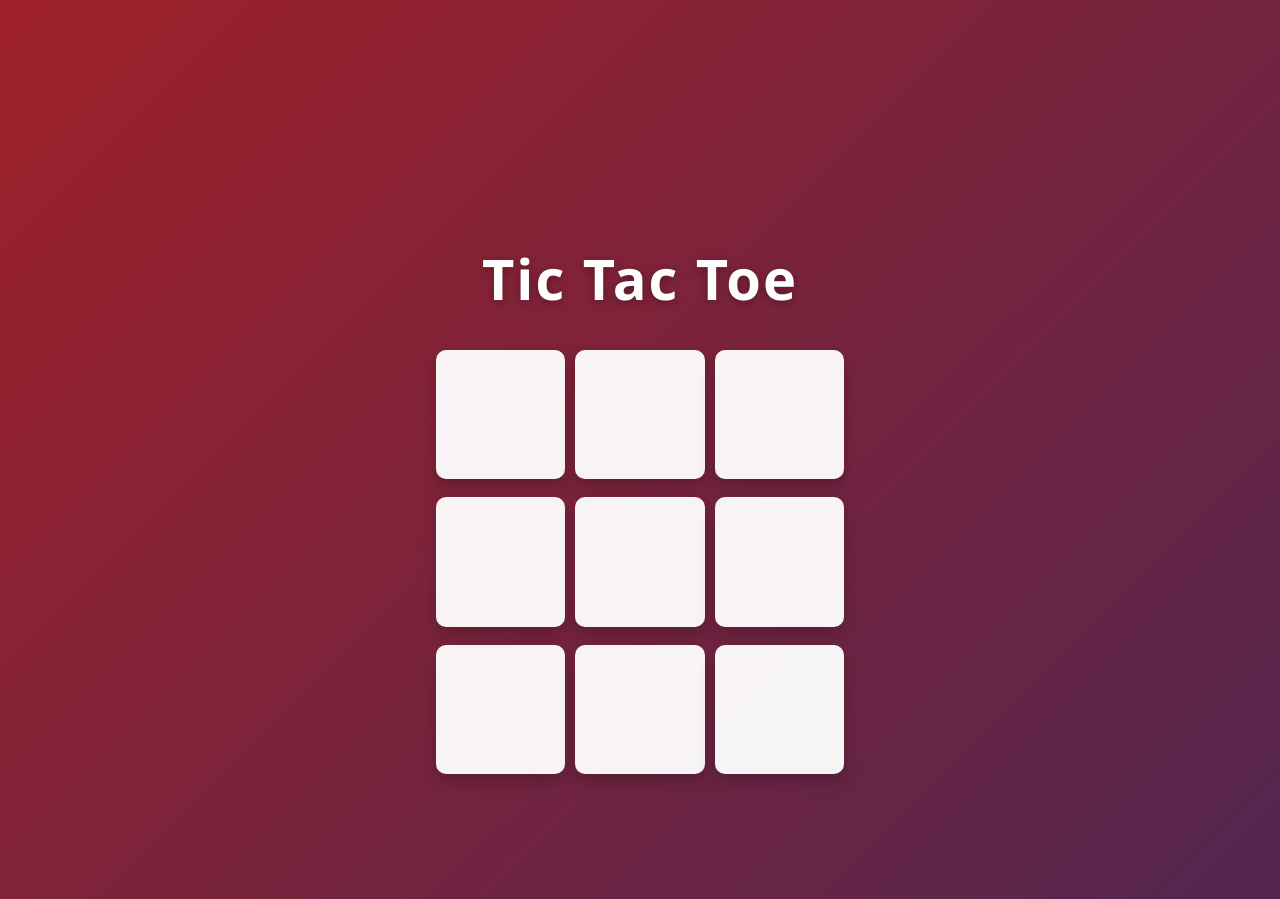
Repository: AreezAnsari/Tic-Tac-Toe
Page: Game/Game.html
An editor plug-in stored every save of this project. The page is shown before and after the next save, followed by the edit.
The browser window is 1280 px wide. The pictures show the whole page.

Above is the page before, as saved 2025-07-22 06:59:17.
Console error: TypeError: box.addEventListener is not a function

### Game/Game.html
<!DOCTYPE html>
<html lang="en">
<head>
    <meta charset="UTF-8">
    <meta name="viewport" content="width=device-width, initial-scale=1.0">
    <title>Document</title>
    <link rel="stylesheet" href="Game.css">
</head>
<body>

    <div class="msg-container hide">
        <p class="msg">Winner</p>
        <button class="new-btn">New Game</button>
    </div>
    <main>
        <h1>Tic Tac Toe</h1>
    <div class="container">
        <div class="game">
        <button class="box"></button>
        <button class="box"></button>
        <button class="box"></button>
        <button class="box"></button>
        <button class="box"></button>
        <button class="box"></button>
        <button class="box"></button>
        <button class="box"></button>
        <button class="box"></button>
        </div>
        </div>
        <button class="reset-btn hide">Reset</button>
    </main>
    <script src="Game.js"></script>
</body>
</html>

### Game/Game.css
* {
    margin: 0;
    padding: 0;
    box-sizing: border-box;
}

body {
    text-align: center;
    background: linear-gradient(135deg, #1a2a6c, #b21f1f, #1a2a6c);
    background-size: 400% 400%;
    animation: gradientBG 15s ease infinite;
    font-family: 'Segoe UI', Tahoma, Geneva, Verdana, sans-serif;
    min-height: 100vh;
    display: flex;
    flex-direction: column;
    align-items: center;
    justify-content: center;
    color: #ffffff;
    padding: 20px;
}

@keyframes gradientBG {
    0% { background-position: 0% 50%; }
    50% { background-position: 100% 50%; }
    100% { background-position: 0% 50%; }
}

h1 {
    color: #ffffff;
    margin: 10px 0 30px;
    font-size: 3.5rem;
    text-shadow: 0 2px 10px rgba(0,0,0,0.3);
    letter-spacing: 2px;
}

.container {
    text-align: center;
    height: auto;
    display: flex;
    flex-direction: column;
    align-items: center;
    justify-content: center;
    max-width: 600px;
    width: 100%;
}

.game {
    height: 60vmin;
    width: 60vmin;
    max-width: 500px;
    max-height: 500px;
    gap: 10px;
    display: flex;
    flex-wrap: wrap;
    align-items: center;
    justify-content: center;
    margin: 0 auto 30px;
    perspective: 1000px;
}

.box {
    background: rgba(255, 255, 255, 0.95);
    height: 18vmin;
    width: 18vmin;
    font-weight: bold;
    font-size: 5rem;
    border: none;
    border-radius: 10px;
    box-shadow: 0 8px 16px rgba(0, 0, 0, 0.2);
    cursor: pointer;
    transition: all 0.3s cubic-bezier(0.175, 0.885, 0.32, 1.275);
    color: #2c3e50;
    display: flex;
    align-items: center;
    justify-content: center;
}

.box:hover {
    transform: translateY(-5px) scale(1.05);
    box-shadow: 0 12px 20px rgba(0, 0, 0, 0.3);
    background: #ffffff;
}

.box:active {
    transform: scale(0.95);
}

.box.x {
    color: #e74c3c;
}

.box.o {
    color: #3498db;
}

.reset-btn, .new-btn {
    align-items: center;
    padding: 15px 30px;
    font-size: 1.1rem;
    font-weight: 600;
    background: rgba(255, 255, 255, 0.15);
    color: white;
    border: none;
    border-radius: 50px;
    cursor: pointer;
    transition: all 0.3s ease;
    backdrop-filter: blur(5px);
    box-shadow: 0 4px 15px rgba(0, 0, 0, 0.2);
    margin: 10px;
    min-width: 150px;
}

.reset-btn:hover, .new-btn:hover {
    background: rgba(255, 255, 255, 0.25);
    transform: translateY(-3px);
    box-shadow: 0 6px 20px rgba(0, 0, 0, 0.3);
}

.reset-btn:active, .new-btn:active {
    transform: translateY(1px);
}

.reset-btn {
    background: rgba(231, 76, 60, 0.7);
}

.reset-btn:hover {
    background: rgba(231, 76, 60, 0.9);
}

.new-btn {
    background: rgba(52, 152, 219, 0.7);
}

.new-btn:hover {
    background: rgba(52, 152, 219, 0.9);
}

.msg-container {
    height: auto;
    padding: 20px;
    background: rgba(255, 255, 255, 0.1);
    border-radius: 15px;
    backdrop-filter: blur(10px);
    box-shadow: 0 8px 32px rgba(0, 0, 0, 0.2);
    transition: all 0.5s ease;
    margin: 20px 0;
}

.msg {
    padding: 10px;
    font-size: 1.8rem;
    font-weight: 600;
    color: #ffffff;
    text-shadow: 0 2px 5px rgba(0,0,0,0.3);
}

.hide {
    opacity: 0;
    transform: translateY(-20px);
    pointer-events: none;
}

/* Add this for winning animation */
.box.win {
    animation: pulse 1.5s infinite;
    background: #2ecc71;
    color: white;
}

@keyframes pulse {
    0% { transform: scale(1); }
    50% { transform: scale(1.1); }
    100% { transform: scale(1); }
}

/* Responsive adjustments */
@media (max-width: 600px) {
    h1 {
        font-size: 2.5rem;
    }

    .game {
        height: 70vmin;
        width: 70vmin;
    }

    .box {
        height: 20vmin;
        width: 20vmin;
        font-size: 4rem;
    }

    .reset-btn, .new-btn {
        padding: 12px 25px;
        font-size: 1rem;
        width: 80%;
    }
}

### Game/Game.js
let box = document.querySelectorAll(".box");
let button = document.querySelector("button");
let container = document.querySelector(".container");

let value = "X";

const btn = () => {
  if (value === "X") {
    button.innerHTML = "Y";
    Value = "Y";
  } else {
    button.innerText = "X";
    Value = "X";
  }
};

box.addEventListener("click", btn);

After the next save:
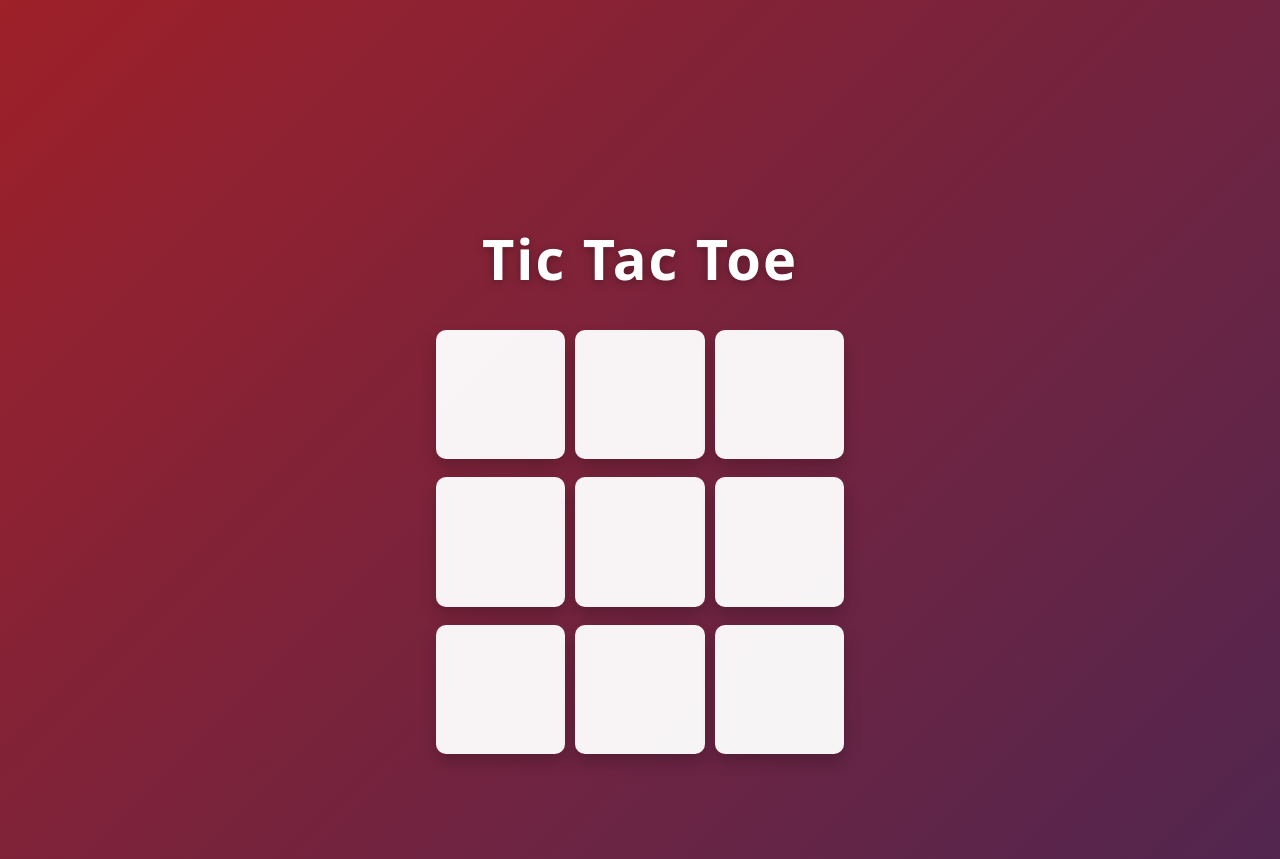
Saved 11 s later.
--- a/Game/Game.css
+++ b/Game/Game.css
@@ -16,7 +16,7 @@
     align-items: center;
     justify-content: center;
     color: #ffffff;
-    padding: 20px;
+    /* padding: 20px; */
 }
 
 @keyframes gradientBG {

After the save that followed:
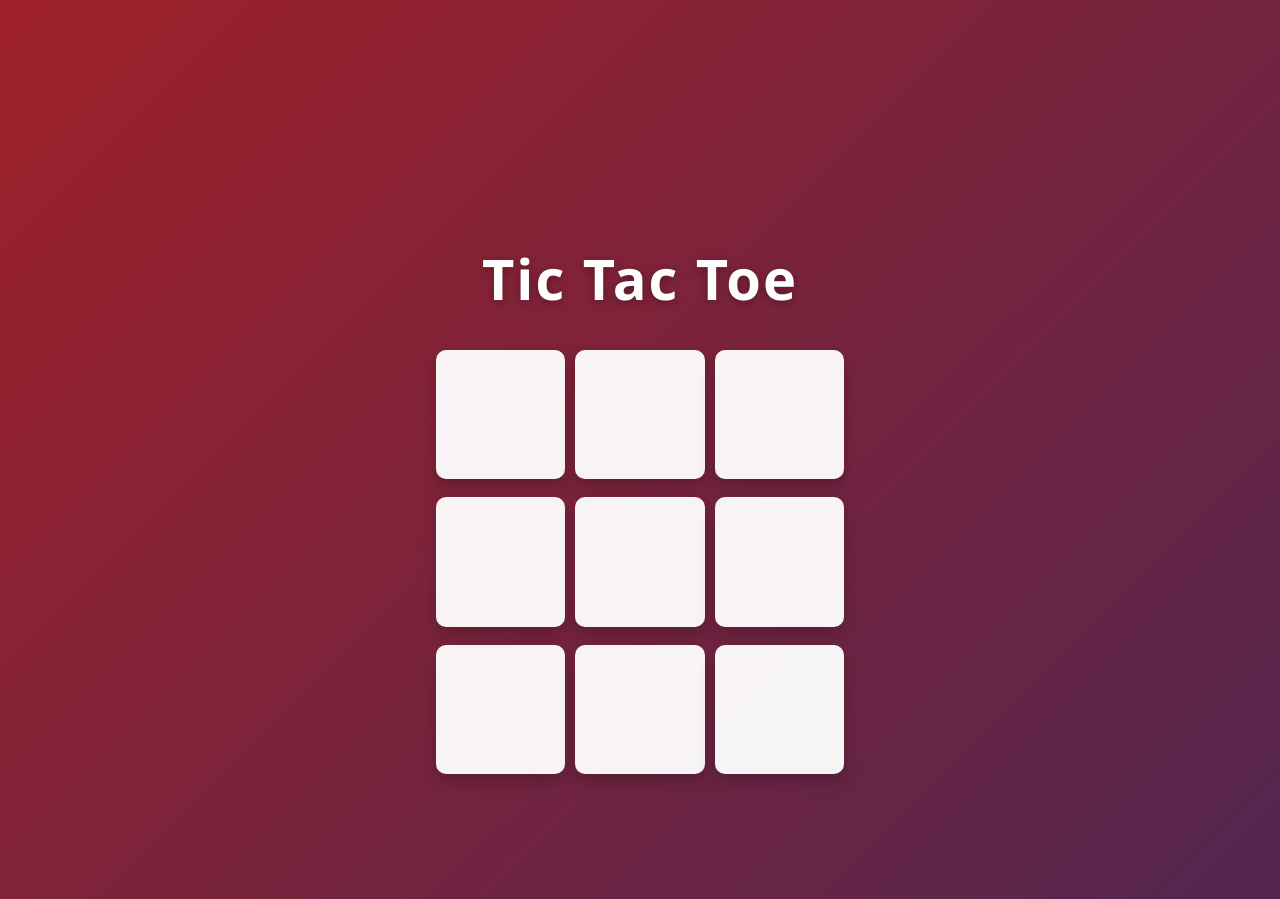
Saved 24 s later.
--- a/Game/Game.css
+++ b/Game/Game.css
@@ -16,7 +16,7 @@
     align-items: center;
     justify-content: center;
     color: #ffffff;
-    /* padding: 20px; */
+    padding: 20px;
 }
 
 @keyframes gradientBG {
@@ -34,6 +34,7 @@
 }
 
 .container {
+    ma
     text-align: center;
     height: auto;
     display: flex;
